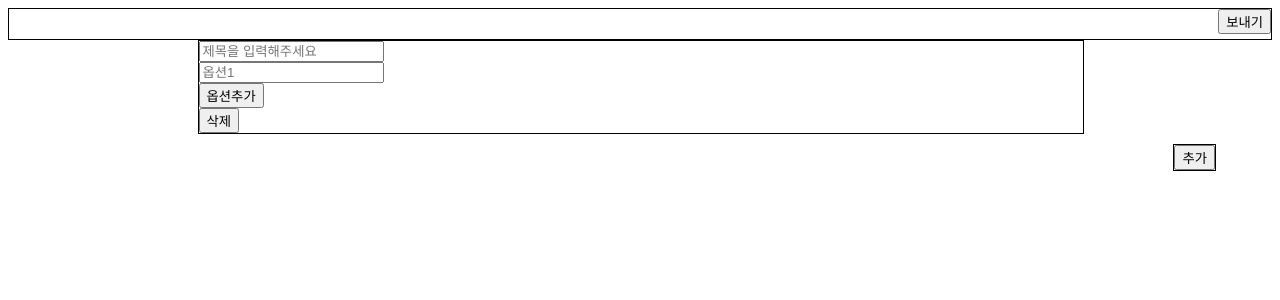
Repository: binigy97/VoteStie
Page: voteWeb/src/main/webapp/index.html
An editor plug-in stored every save of this project. The page is shown before and after the next save, followed by the edit.
The browser window is 1280 px wide. The pictures show the whole page.

Above is the page before, as saved 2022-03-03 11:47:57.

### voteWeb/src/main/webapp/index.html
<!DOCTYPE html>
<html lang="ko">
<head>
<meta charset="UTF-8">
<title>투표 사이트</title>
</head>
<style>
header {
	height: 30px;
	border: 1px solid black;
}
header > a {
	float: right;
}

section {
	width: 70%;
	margin: 0 auto;
}
article {
	border: 1px solid black;
}
section > article {
	width: 100%;
}
body > article {
	position: absolute;
	top: 20%;
	right: 5%;
}
div > label {
	display: block;
	color: black;
}
div > label:last-child {
	margin-bottom: 20px;
}
</style>
<body>
<!-- 헤더 -->
<header>
	<a href="/dist"><button>보내기</button></a>
</header>

<!-- 투표 내용 생성 -->
<section>
	<article>
		<form action="add_op_btn">
			<input type="text" name="title" placeholder="제목을 입력해주세요">
			<div>
				<label><input type="text" name="op0" placeholder="옵션1"></label>
				<input type="submit" value="옵션추가">
			</div>
			<div>
				<input type="button" value="삭제">
			</div>
		</form>
	</article>
</section>

<!-- 투표지 추가 -->
<article>
	<button>추가</button>
</article>
</body>
</html>

After the next save:
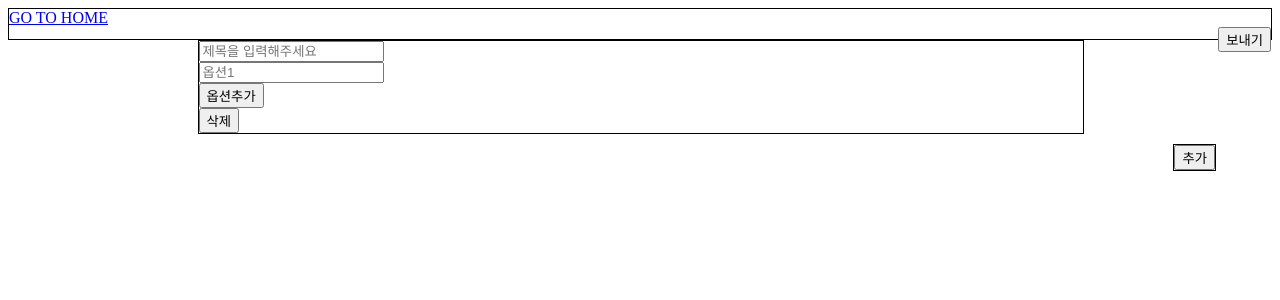
Saved 16 s later.
--- a/voteWeb/src/main/webapp/index.html
+++ b/voteWeb/src/main/webapp/index.html
@@ -39,6 +39,7 @@ div > label:last-child {
 <body>
 <!-- 헤더 -->
 <header>
+	<nav><a href='/'>GO TO HOME</nav>
 	<a href="/dist"><button>보내기</button></a>
 </header>
 
